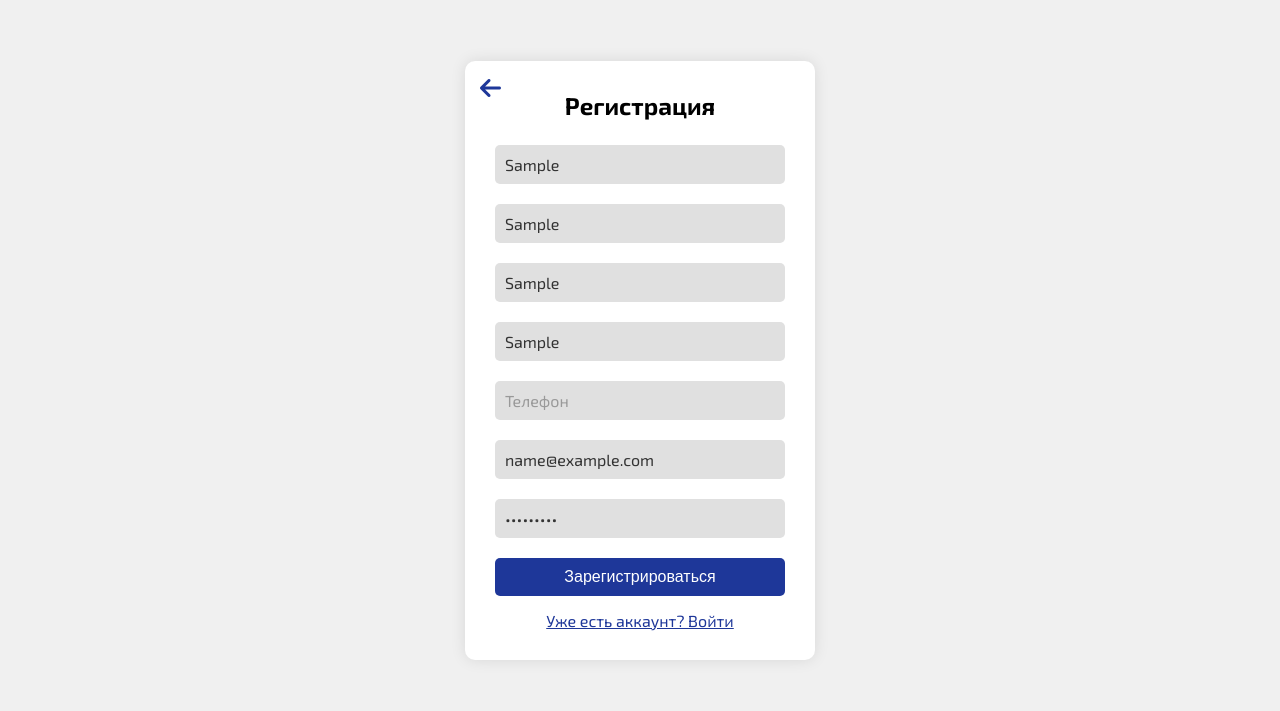
Repository: MaratLK/PLKFrontend
Page: LogReg.html
An editor plug-in stored every save of this project. The page is shown before and after the next save, followed by the edit.
The browser window is 1280 px wide. The pictures show the whole page.
Empty fields were first filled with sample values (such as "Sample", 5 or name@example.com).
After loading, the first visible `#phoneNumber` was changed once.

Above is the page before, as saved 2024-08-07 22:47:27.
Console error: ReferenceError: textInputs is not defined

After the next save:
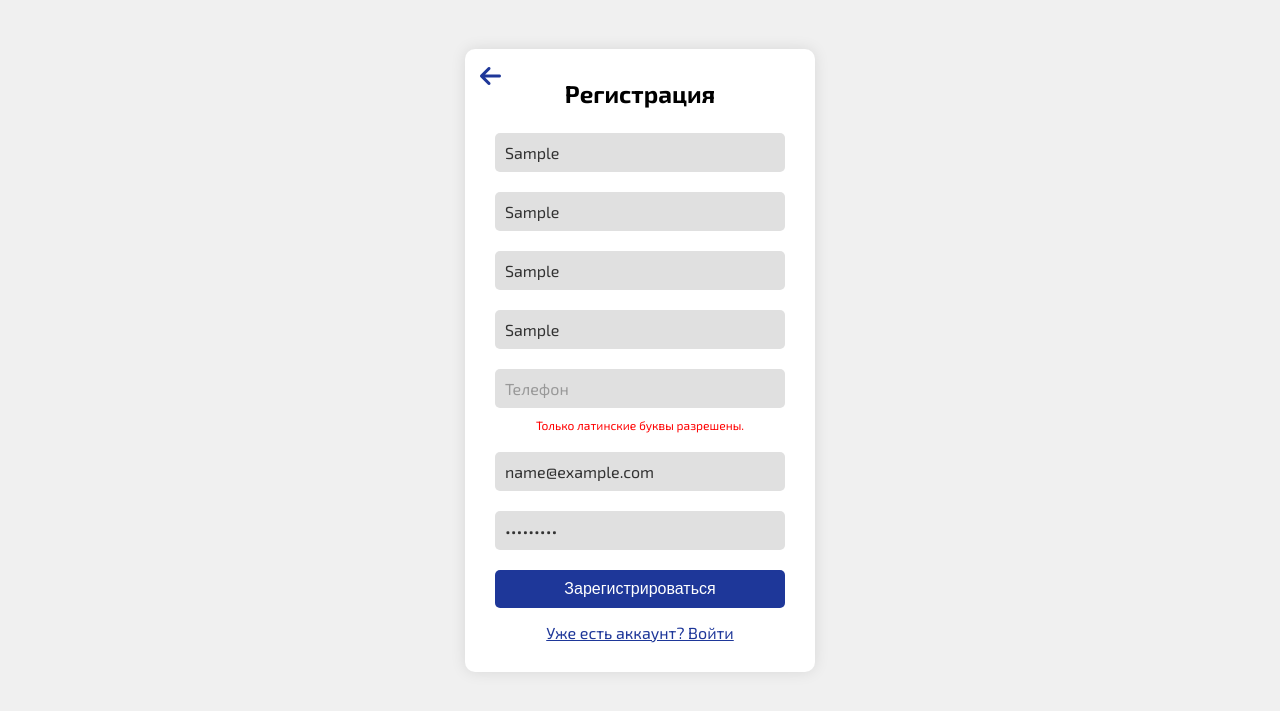
The error is gone.
Saved 74 s later.
--- a/Validation.js
+++ b/Validation.js
@@ -1,8 +1,13 @@
 document.addEventListener('DOMContentLoaded', function () {
     const phoneNumberInput = document.getElementById('phoneNumber');
+    const emailInput = document.getElementById('email');
+    const passwordInput = document.getElementById('password');
+    const textInputs = document.querySelectorAll('input[type="text"]');
+    const errorMessages = document.querySelectorAll('.error-message');
 
+    // Удаляем все не-цифровые символы из номера телефона
     phoneNumberInput.addEventListener('input', function (event) {
-      let input = event.target.value.replace(/\D/g, ''); // Удалить все не-цифровые символы
+      let input = event.target.value.replace(/\D/g, '');
       let formattedInput = '';
 
       if (input.length > 0) {
@@ -21,86 +26,62 @@ document.addEventListener('DOMContentLoaded', function () {
         formattedInput += '-' + input.substring(9, 11);
       }
 
-      event.target.value = formattedInput; // Присвоим отформатированный ввод
+      event.target.value = formattedInput;
     });
 
-    phoneNumberInput.addEventListener('keydown', function (event) {
-      // Позволяет удалять скобки и тире
-      if (event.key === 'Backspace' || event.key === 'Delete') {
-        let start = phoneNumberInput.selectionStart;
-        let end = phoneNumberInput.selectionEnd;
+    // Валидация текстовых полей
+    textInputs.forEach(input => {
+      input.addEventListener('input', function () {
+        const value = input.value;
+        const regex = /^[a-zA-Z\s]+$/;
+        const errorMessage = input.nextElementSibling;
 
-        if (start === end) {
-          if (event.key === 'Backspace' && start > 0) {
-            start--;
-          } else if (event.key === 'Delete' && start < phoneNumberInput.value.length) {
-            end++;
-          }
+        if (!regex.test(value)) {
+          input.classList.add('invalid');
+          input.classList.remove('valid');
+          errorMessage.textContent = 'Только латинские буквы разрешены.';
+          errorMessage.style.display = 'block';
+        } else {
+          input.classList.remove('invalid');
+          input.classList.add('valid');
+          errorMessage.style.display = 'none';
         }
+      });
+    });
 
-        let newValue = phoneNumberInput.value.slice(0, start) + phoneNumberInput.value.slice(end);
-        newValue = newValue.replace(/\D/g, ''); // Удалить все не-цифровые символы
+    // Валидация email
+    emailInput.addEventListener('input', function () {
+      const value = emailInput.value;
+      const errorMessage = emailInput.nextElementSibling;
+      const regex = /^[^\s@]+@[^\s@]+\.[^\s@]+$/;
 
-        phoneNumberInput.value = newValue;
-        event.preventDefault(); // Предотвратить стандартное действие браузера
-        phoneNumberInput.dispatchEvent(new Event('input')); // Запустить событие input для повторного форматирования
-        phoneNumberInput.setSelectionRange(start, start); // Установить курсор на правильное место
+      if (!regex.test(value)) {
+        emailInput.classList.add('invalid');
+        emailInput.classList.remove('valid');
+        errorMessage.textContent = 'Введите правильный email адрес.';
+        errorMessage.style.display = 'block';
+      } else {
+        emailInput.classList.remove('invalid');
+        emailInput.classList.add('valid');
+        errorMessage.style.display = 'none';
       }
     });
 
-    // Валидация текстовых полей
-  textInputs.forEach(input => {
-    input.addEventListener('input', function () {
-      const value = input.value;
-      const regex = /^[a-zA-Z\s]+$/;
-      const errorMessage = input.nextElementSibling;
+    // Валидация пароля
+    passwordInput.addEventListener('input', function () {
+      const value = passwordInput.value;
+      const errorMessage = passwordInput.nextElementSibling;
+      const regex = /^(?=.*[a-z])(?=.*[A-Z])(?=.*\d).{8,}$/;
 
       if (!regex.test(value)) {
-        input.classList.add('invalid');
-        input.classList.remove('valid');
-        errorMessage.textContent = 'Только латинские буквы разрешены.';
+        passwordInput.classList.add('invalid');
+        passwordInput.classList.remove('valid');
+        errorMessage.textContent = 'Пароль должен содержать минимум 8 символов, включая одну заглавную букву, одну строчную букву и одну цифру.';
         errorMessage.style.display = 'block';
       } else {
-        input.classList.remove('invalid');
-        input.classList.add('valid');
+        passwordInput.classList.remove('invalid');
+        passwordInput.classList.add('valid');
         errorMessage.style.display = 'none';
       }
     });
   });
-
-  // Валидация email
-  emailInput.addEventListener('input', function () {
-    const value = emailInput.value;
-    const errorMessage = emailInput.nextElementSibling;
-    const regex = /^[^\s@]+@[^\s@]+\.[^\s@]+$/;
-
-    if (!regex.test(value)) {
-      emailInput.classList.add('invalid');
-      emailInput.classList.remove('valid');
-      errorMessage.textContent = 'Введите правильный email адрес.';
-      errorMessage.style.display = 'block';
-    } else {
-      emailInput.classList.remove('invalid');
-      emailInput.classList.add('valid');
-      errorMessage.style.display = 'none';
-    }
-  });
-
-  // Валидация пароля
-  passwordInput.addEventListener('input', function () {
-    const value = passwordInput.value;
-    const errorMessage = passwordInput.nextElementSibling;
-    const regex = /^(?=.*[a-z])(?=.*[A-Z])(?=.*\d).{8,}$/;
-
-    if (!regex.test(value)) {
-      passwordInput.classList.add('invalid');
-      passwordInput.classList.remove('valid');
-      errorMessage.textContent = 'Пароль должен содержать минимум 8 символов, включая одну заглавную букву, одну строчную букву и одну цифру.';
-      errorMessage.style.display = 'block';
-    } else {
-      passwordInput.classList.remove('invalid');
-      passwordInput.classList.add('valid');
-      errorMessage.style.display = 'none';
-    }
-  });
-  });
